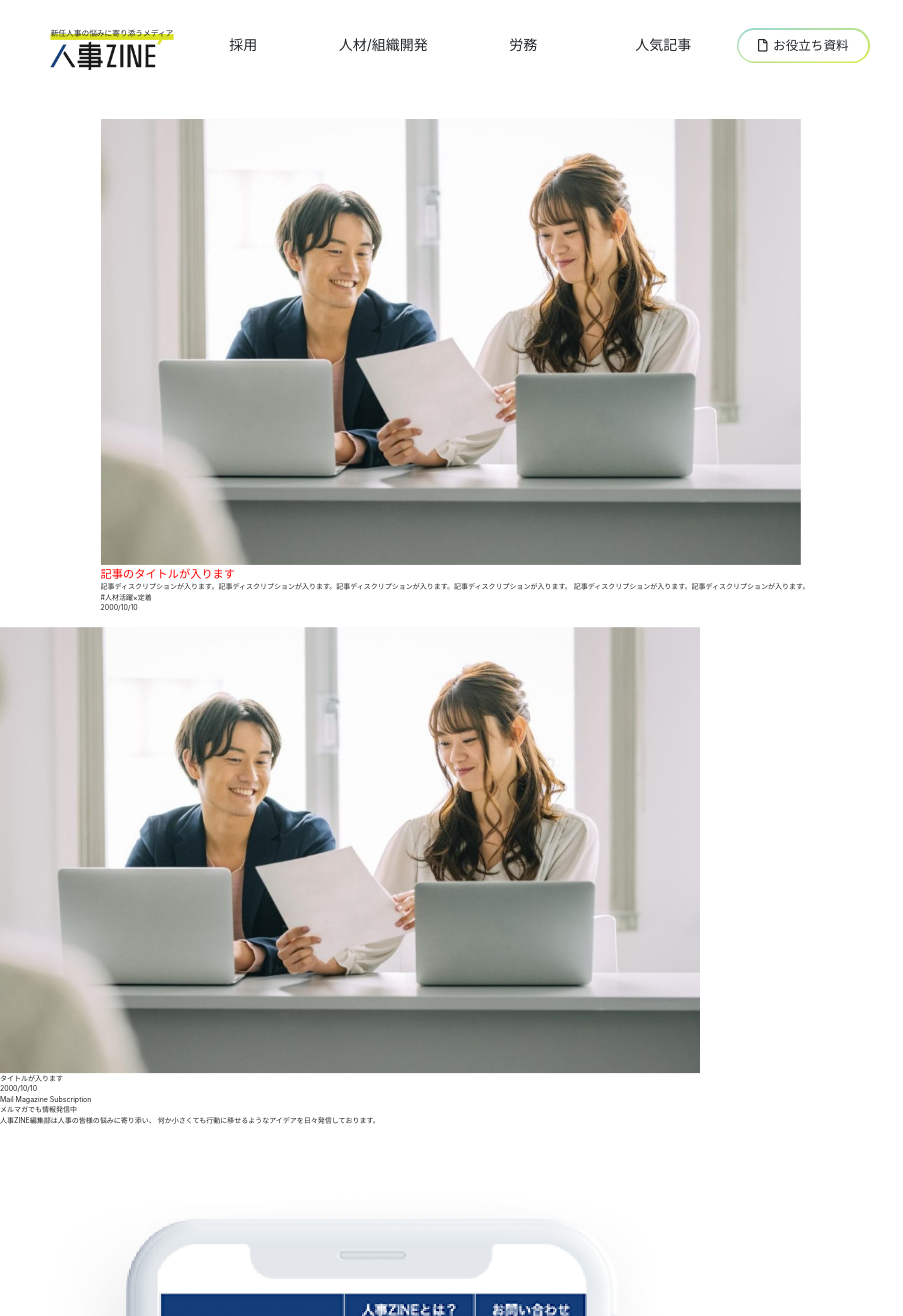
Repository: daisukey623/WpPractice
Page: http://localhost/index.html
These files come from the project's save history. The page is drawn as it stood at one moment and after a run of saves; the edit follows.
The browser window is 1280 px wide. The page is 1290 px wide, so the pictures cover 1290 px, including what lies to the right of the window. The pictures show the part of the page from y = 0 to 1880 px (the page is 3154 px tall before and 3781 px after), at 70% of full size.
Some web libraries are served in a nearby version. The page is run by PHP 8.4 with error messages shown; the project is at /var/www/html/. Style sheets and scripts are compiled from the project's sources, by tool versions that may differ from the author's.

Above is the page before, as saved 2021-09-25 14:18:40.

### index.html
<!DOCTYPE html>
<html lang="en">
  <head>
    <meta charset="UTF-8" />
    <meta http-equiv="X-UA-Compatible" content="IE=edge" />
    <meta name="viewport" content="width=device-width, initial-scale=1.0" />
    <link rel="stylesheet" href="/scss/this-thema.css" />
    <link
      href="https://use.fontawesome.com/releases/v5.6.1/css/all.css"
      rel="stylesheet"
    />
    <title>Document</title>
  </head>
  <body>
    <section class="container">
      <header>
        <div class="header container">
          <div class="logo">
            <p class="logo-desc">新任人事の悩みに寄り添うメディア</p>
            <img src="/img/logo_black.png" alt="ロゴ" />
          </div>
          <nav class="nav">
            <ul class="nav-items">
              <li><a href="">採用</a></li>
              <li><a href="">人材/組織開発</a></li>
              <li><a href="">労務</a></li>
              <li><a href="">人気記事</a></li>
              <li>
                <button>
                  <span
                  ><a href=""><i class="far fa-file icon"></i>お役立ち資料</a>
                </span>
              </button>
            </li>
          </ul>
        </nav>
      </div>
    </header>
  </section>
    <main>
      <article class="article container">
        <div class="card-items">
          <div class="card-item">
            <img src="/img/eyecatch.jpg" alt="アイキャッチ" class="card-item-img"/>
            <h2 class="card-item-h2">記事のタイトルが入ります</h2>
            <p class="card-item-desc">
              記事ディスクリプションが入ります。記事ディスクリプションが入ります。記事ディスクリプションが入ります。記事ディスクリプションが入ります。
              記事ディスクリプションが入ります。記事ディスクリプションが入ります。
            </p>
            <p class="card-item-tag">#人材活躍×定着</p>
            <p class="card-item-date">2000/10/10</p>
          </div>
        </div>
      </article>
    </main>
    <aside>
      <article>
        <div>
          <img src="/img/eyecatch.jpg" alt="" />
          <h2>タイトルが入ります</h2>
          <p>2000/10/10</p>
        </div>
      </article>
    </aside>
    <footer>
      <div>
        <h2>Mail Magazine Subscription</h2>
        <p>メルマガでも情報発信中</p>
        <p>
          人事ZINE編集部は人事の皆様の悩みに寄り添い、
          何か小さくても行動に移せるようなアイデアを日々発信しております。
        </p>
      </div>
      <div>
        <img src="/img/footer_mail_mobile.png" alt="メルマガ" />
        <p>人事ZINE メルマガでは、こんな情報をお届けいたします。</p>
        <ul>
          <li>人事業務の基本知識が学べる記事</li>
          <li>今の時期に必要な人事業務が学べる記事</li>
          <li>人事セミナーのご案内</li>
          <li>その他 採用のお役立ち情報のご案内など</li>
        </ul>
        <p>ぜひご登録ください。</p>
        <button>登録はこちら</button>
      </div>
      <div>
        <img src="" alt="" />
        <img src="" alt="" />
        <img src="" alt="" />
        <ul>
          <li><a href="">人事ZINEとは</a></li>
          <li><a href="">プライバシーポリシー</a></li>
          <li><a href="">運営会社</a></li>
          <li><a href="">お問い合わせ</a></li>
        </ul>
        <p>コピーライト</p>
      </div>
    </footer>
  </body>
</html>

### scss/this-thema.scss
@import  "_variables.scss";
@import  "_global.scss";
@import  "_reset.scss";
@import  "_header.scss";
@import  "_archive.scss";

### scss/_variables.scss
// theme-color
$blue: #133D7A !default;
$yellow: #DBE222 !default;

// gradation-color
$gradatiomn-start:#9bd9d8;
$gradation-end:#d8eb4a;

### scss/_global.scss
html {
  font-family: sans-serif;
  line-height: 1.15;
  -webkit-text-size-adjust: 100%;
  -webkit-tap-highlight-color: rgba(0, 0, 0, 0);
  font-size: 10px;
  margin: 0;
  padding: 0;
}

body {
  margin: 0;
  padding: 0;
  font-family: -apple-system, BlinkMacSystemFont, 'Segoe UI', Roboto,
    'Helvetica Neue', Arial, 'Noto Sans', sans-serif, 'Apple Color Emoji',
    'Segoe UI Emoji', 'Segoe UI Symbol', 'Noto Color Emoji';
  font-size: 1rem;
  font-weight: 400;
  line-height: 1.5;
  color: #212529;
  text-align: left;
  background-color: #fff;
}

.container {
  display: flex;
  justify-content: center;
  // align-items: center;
  width: 100%;
  padding:1.0rem ;
  margin: 1.0rem;
}

### scss/_header.scss
.header {
  // display: flex;
  // justify-content: center;
  // align-items: center;
  height: 100px;
}

.logo {
  &-desc {
    background: linear-gradient(transparent 50%, $yellow 50%);
    font-size: 1.1rem;
  }
  img {
    width: 160px;
  }
}

.nav {
  &-items {
    overflow: hidden;
    display: flex;
    justify-content: center;
    align-items: center;
    li {
      width: 200px;
      text-align: center;
      float: left;
      font-size: 2rem;
      button {
        background-image: linear-gradient(to right bottom, #9bd9d8, #d8eb4a);
        border-image-slice: 1;
        border-radius: 2.5rem;
        font-size: 1.8rem;
        width: 190px;
        height: 50px;

      }
      span {
        display:inline-block;
        width: 185px;
        height: 45px;
        padding: 0.8rem;
        border-radius: 25px;
        background-color: white;

        &:hover {
          background-image: linear-gradient(
            to right bottom,
            $gradatiomn-start,
            $gradation-end
          );
        }
        .icon{
          margin-right: 0.8rem;
        }
      }
    }
  }
}

### scss/_archive.scss
.article {
  width: 100%;
}

.carrd-items {
}

.card-item {
  position: relative;
  overflow: hidden;

  &-img {
    // position: absolute;
    // top: 50%;
    // left: 50%;
    // transform: translate(-50%, -50%);
    // width: 100%;
    // height: 100%;
  }
  &-h2 {
    font-size: 1.6rem;
    color: red;
  }
  &-desc {
  }
  &-tag {
  }
  &-date {
  }
}

Loaded but not shown: scss/_reset.scss (common file)

After the next 2 saves:
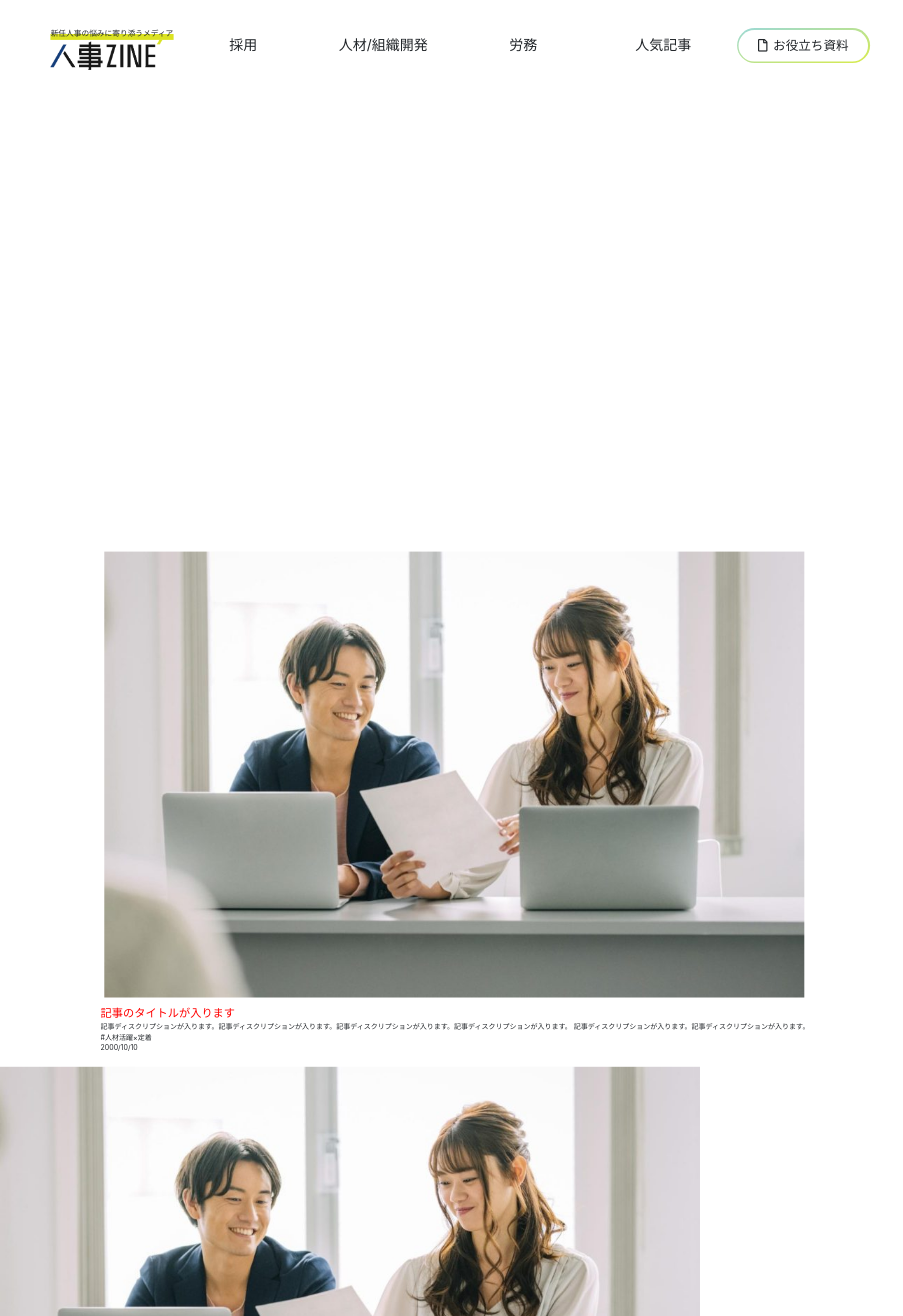
The 2 saves are shown as one change because they came seconds apart.
The last was saved 52 s later.
--- a/scss/_archive.scss
+++ b/scss/_archive.scss
@@ -10,12 +10,11 @@
   overflow: hidden;
 
   &-img {
-    // position: absolute;
-    // top: 50%;
-    // left: 50%;
-    // transform: translate(-50%, -50%);
-    // width: 100%;
-    // height: 100%;
+
+    position: relative;
+    overflow: hidden;
+    padding-top: 60%;
+    margin: 10px 5px;
   }
   &-h2 {
     font-size: 1.6rem;

After the save that followed:
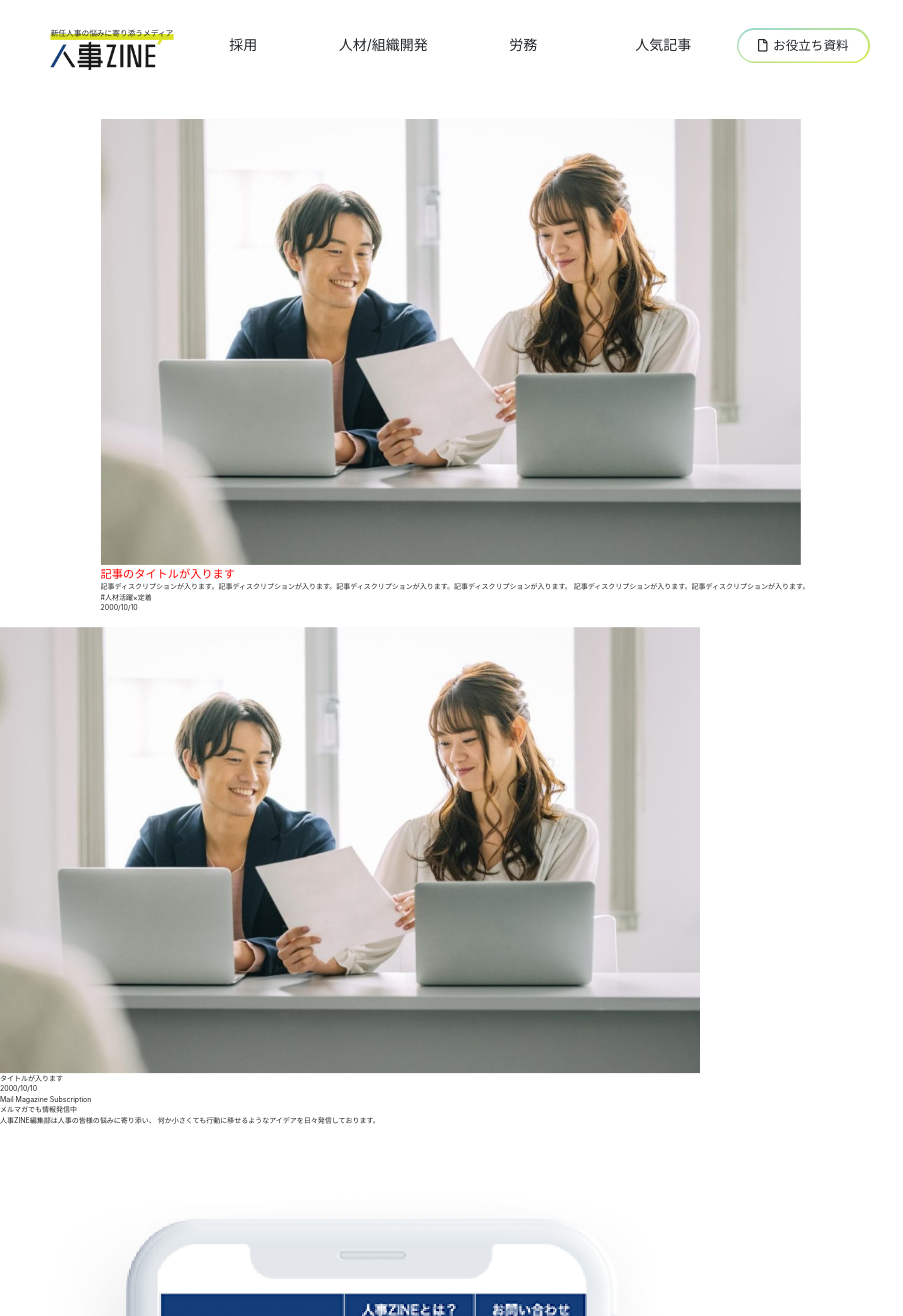
Saved 13 s later.
--- a/scss/_archive.scss
+++ b/scss/_archive.scss
@@ -11,10 +11,7 @@
 
   &-img {
 
-    position: relative;
-    overflow: hidden;
-    padding-top: 60%;
-    margin: 10px 5px;
+
   }
   &-h2 {
     font-size: 1.6rem;
